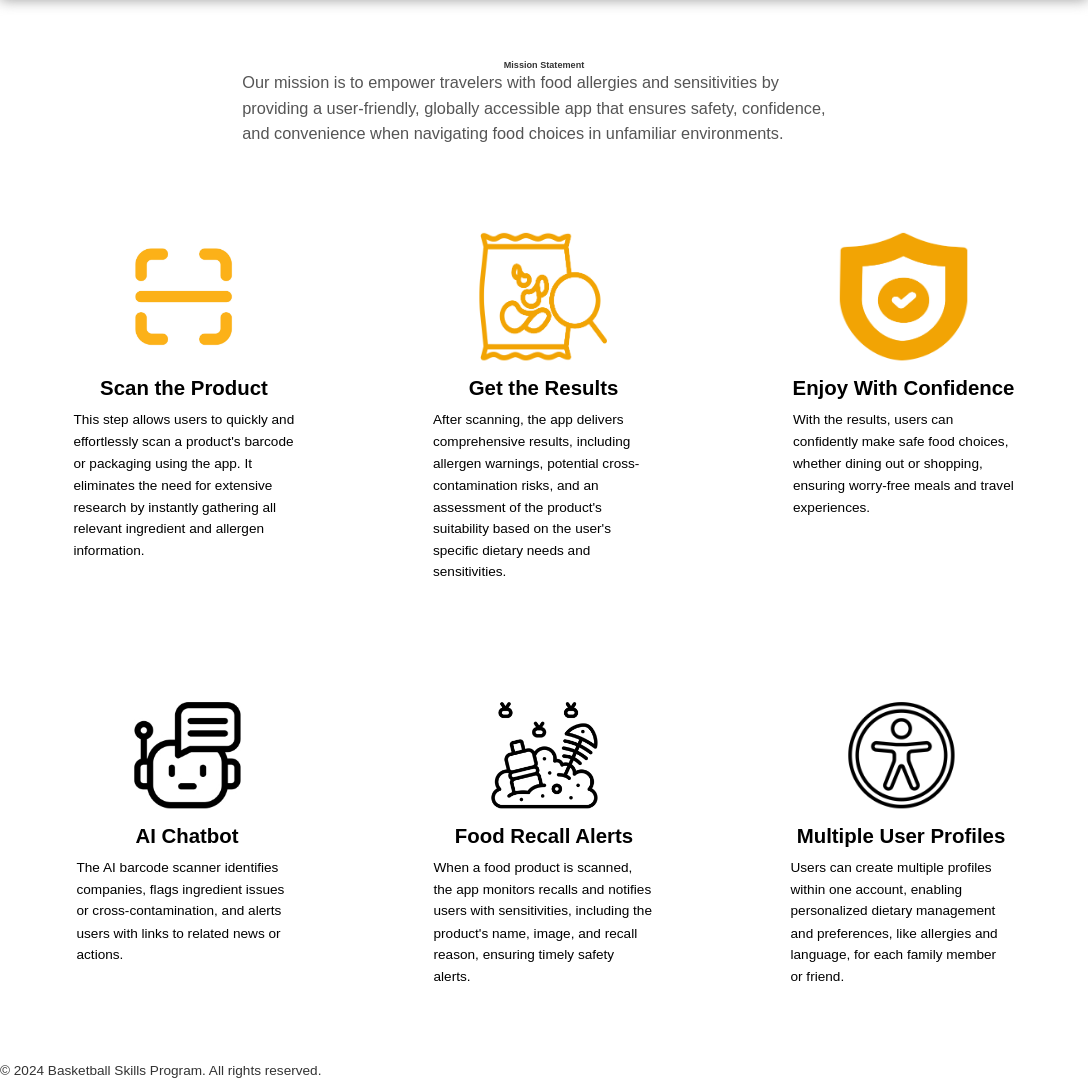
Repository: GavinPahal/landingpage
Page: /
The author's editor kept a copy of each file at every save. The page is drawn from the files as they stood at one save, then again after the next save.
The browser window is 1280 px wide. The pictures show the part of the page from y = 720 to 2005 px (the page is 1989 px tall before and 2005 px after), at 85% of full size.
The project was rebuilt for these pictures with package versions that can differ from the ones it lists, and the page was loaded fresh each time. The framework's server and built-in components were replaced by stand-ins that run in the browser. Also part of the build but not shown: next.config.mjs.

Above is the page before, as saved 2024-11-28 18:00:23.

### pages/_app.js
// pages/_app.js
import "@/styles/globals.css"; // Import the global CSS file

function MyApp({ Component, pageProps }) {
  return <Component {...pageProps} />;
}

export default MyApp;

### pages/index.js
// pages/index.js
import Hero from "../components/Hero";
import Features from "../components/Features";
import Footer from "../components/Footer";
import Product from "../components/Product"

export default function Home() {
  return (
    <div>
      <Hero />
      <Features />
      <Product />
      <Footer />
    </div>
  );
}

### styles/globals.css
/* Global Styles */
* {
  margin: 0;
  padding: 0;
  box-sizing: border-box;
}

body {
  font-family: Arial, sans-serif;
  color: #333;
  overflow-x: hidden; /* Prevent horizontal overflow */
}

/* Hero Section */
.hero {
  display: flex; /* Use flexbox to align elements */
  position: relative;
  height: 100vh;
  width: 100%; /* Ensure the hero section spans the full width */
  background-color: #2d2d2d; /* Dark background to contrast with the image */
}

.imageWrapper {
  position: relative;
  width: 100%; /* Left side takes full width */
  height: 100%;
}

.imageContainer {
  position: absolute;
  top: 0;
  left: 0;
  width: 100%;
  height: 100%;
  filter: blur(8px); /* Add blur effect to the image */
  object-fit: cover;
}

.overlay {
  position: absolute;
  top: 0;
  left: 0;
  width: 100%;
  height: 100%;
  background: rgba(0, 0, 0, 0.6); /* Dark overlay to ensure text stands out */
  color: white;
  display: flex;
  flex-direction: column;
  justify-content: center;
  align-items: flex-start;
  padding: 60px 40px; /* Increased padding for more space */
  text-align: left;
}

.heroTitle {
  display: flex;
  align-items: center; /* Align logo and title horizontally */
  margin-bottom: 40px; /* Space between title and the rest of the content */
  position: relative; /* Allow positioning adjustments */
  top: -80px; /* Move the logo and title even higher */
}

.heroTitle img {
  margin-right: 20px; /* Add space between logo and title */
}

.heroTitle h1 {
  font-size: 2rem; /* Bigger font for app name */
  font-weight: bold;
  color: #ffffff; /* Bright color to stand out */
  text-transform: uppercase;
}

.tagline {
  font-size: 5rem; /* Make "BEST NATURE APP" 5rem */
  font-weight: bold;
  margin-bottom: 0; /* Remove extra space between the lines */
  color: #ffffff; /* Striking color */
  text-shadow: 3px 3px 5px rgba(0, 0, 0, 0.8); /* Enhanced text visibility */
  line-height: 1.1; /* Adjust line-height to decrease space between lines */
  letter-spacing: 1.5px;
  display: block;
  max-width: 100%; /* Ensure text doesn't overflow */
}

.bestNature {
  display: block;
  font-size: 3rem; /* Adjust to smaller font size for the first part */
}

.appEver {
  display: block;
  margin-top: 0;
  font-size: 3rem;
}

.subTagline {
  font-size: 1.2rem;
  margin-top: 20px;
  margin-bottom: 40px;
  line-height: 1.6;
  max-width: 650px;
  color: white;
  letter-spacing: 0.5px;
  text-align: left;
}

.demoText {
  display: block;
  font-size: 1.4rem;
  font-weight: bold;
}

.natureText {
  display: block;
  font-size: 1.2rem;
  margin-top: 10px;
  font-style: italic;
  letter-spacing: 0.3px;
}

/* CTA Button */
.ctaButton {
  background-color: #00C9A2;
  color: #ffffff;
  padding: 15px 40px;
  font-size: 1.4rem;
  border: none;
  border-radius: 50px;
  text-align: center;
  margin-top: 60px;
  cursor: pointer;
  transition: background-color 0.3s, transform 0.3s;
  text-decoration: none;
}

.ctaButton:hover {
  background-color: #035343;
}

.ctaButton:focus {
  outline: none;
}

.rightImageWrapper {
  position: absolute;
  left: 62%;
  bottom: 20px;
  width: 400px;
  height: auto;
  z-index: 2;
  margin-top: 100px;
}

.rightImageContainer {
  position: relative;
  width: 100%;
  height: 100%;
}

.rightImageContainer img {
  width: 100%;
  height: auto;
  border-radius: 8px;
  object-fit: cover;
}

.features {
  padding: 50px 20px;
  text-align: center;
}
.features h2 {
  font-size: 2.5rem;
  font-weight: bold;
  color: #ffffff;
  margin-bottom: 30px;
  text-transform: uppercase;
  letter-spacing: 1px;
}

.infoCards {
  display: flex;
  flex-wrap: wrap;
  justify-content: space-around;
  gap: 30px;
  margin-bottom: 40px;
}

.card {
  text-align: center;
  margin: 0 auto; /* Ensure cards are centered */
}

.card:first-child { /* Target the first feature card */
  max-width: 400px; /* Restrict width for a cleaner layout */
  margin: 20px auto; /* Center the card horizontally and add spacing */
}

.card:first-child p {
  text-align: left; /* Center-align the text for the first card */
  max-width: 280x; /* Ensure text does not overflow the card */
  margin: 0 auto;
}

.card img {
  margin-bottom: 15px;
}

.card h3 {
  font-size: 1.5rem;
  font-weight: 600;
  color: #000000;
  margin-bottom: 10px;
}

.card p {
  font-size: 1rem;
  line-height: 1.6;
  color: #000000;
  max-width: 260px;
  margin: 0 auto;
  text-align: left;
}

.text1 {
  font-size: 1rem;
  line-height: 1.6;
  color: #000000;
  max-width: 250px;
  margin: 0 auto;
  text-align: left;
}

.text2 {
  font-size: 1rem;
  line-height: 1.6;
  color: #000000;
  max-width: 250px;
  margin: 0 auto;
  text-align: left;
}

.missionStatement {
  text-align: center; /* Center the text */
  margin-bottom: 80px; /* Add some spacing below the mission statement */
  padding: 20px;
  border-radius: 8px; /* Rounded corners */
}

.missionStatement h2 {
  font-size: 2rem;
  font-weight: bold;
  color: #333;
  margin-bottom: 10px;
  font-weight: bold;
}

.missionStatement p {
  font-size: 1.2rem;
  line-height: 1.6;
  color: #555;
  max-width: 710px;
  margin: 0 auto;
  text-align: left;
}



@media (max-width: 1024px) {
  .hero {
    flex-direction: column; /* Stack elements vertically on smaller screens */
  }

  .overlay {
    padding: 40px 20px; /* Reduced padding for smaller screens */
    text-align: center; /* Center-align text on smaller screens */
  }

  .heroTitle {
    margin-bottom: 20px; /* Reduce space between the title and the tagline */
    top: 0; /* Reset top positioning for better alignment */
  }

  .tagline {
    font-size: 3rem; /* Decrease font size on smaller screens */
  }

  .bestNature, .appEver {
    font-size: 2.5rem; /* Smaller font size for better readability */
  }

  .subTagline {
    font-size: 1rem; /* Adjust subtagline font size for smaller screens */
    max-width: 100%; /* Allow full-width display */
    padding: 0 20px; /* Add padding to the sides */
  }

  .rightImageWrapper {
    left: 50%; /* Center the image on smaller screens */
    bottom: 10px;
    width: 300px; /* Reduce image size */
    margin-top: 60px;
  }
}

/* CTA Button Adjustments */
@media (max-width: 768px) {
  .ctaButton {
    padding: 12px 30px; /* Reduced padding for better proportion on small screens */
    font-size: 1.2rem; /* Smaller font size */
    width: 90%; /* Allow the button to take up more space on smaller screens */
    margin-top: 40px; /* Reduced top margin */
  }
}

/* Feature Section Adjustments */
@media (max-width: 768px) {
  .features {
    padding: 30px 20px; /* Reduce padding */
  }

  .features h2 {
    font-size: 2rem; /* Smaller font size for headings */
  }

  .infoCards {
    flex-direction: column; /* Stack cards vertically */
    align-items: center;
    gap: 20px; /* Reduced gap between cards */
  }

  .card {
    max-width: 90%; /* Ensure cards take full width on smaller screens */
    margin: 10px auto; /* Center the cards */
  }

  .card h3 {
    font-size: 1.2rem; /* Decrease font size */
  }

  .card p {
    font-size: 0.9rem; /* Smaller text for better readability */
  }
}

/* Final Adjustments */
@media (max-width: 480px) {
  .hero {
    height: auto; /* Allow the hero section to adjust to content */
  }

  .overlay {
    padding: 20px; /* Even smaller padding */
    text-align: center;
  }

  .tagline {
    font-size: 2.5rem; /* Further decrease tagline size */
  }

  .ctaButton {
    padding: 10px 20px; /* Smaller padding for mobile screens */
    font-size: 1rem; /* Reduce font size */
  }

  .features h2 {
    font-size: 1.6rem; /* Adjust feature section heading */
  }

  .card {
    max-width: 100%; /* Ensure the cards take full width */
  }

  .text1, .text2 {
    font-size: 0.9rem; /* Adjust text sizes for smaller screens */
  }
}

### components/Hero.js
import Image from "next/image";

export default function Hero() {
  return (
    <section className="hero">
      <div className="imageWrapper">
        <div className="imageContainer">
          <Image
            src="/images/grocey.jpg"
            alt="Nature Image"
            layout="fill"
            objectFit="cover"
          />
        </div>
        <div className="overlay">
          <div className="heroTitle">
            <Image
              src="/images/logo.webp"
              alt="Goldibite Logo"
              width={50}
              height={50}
            />
            <h1>Goldibite</h1>
          </div>
          <p className="tagline">
            <span className="bestNature">YOUR BUDDY FOR</span>
            <span className="appEver">FOOD SAFETY</span>
          </p>
          <p className="subTagline">
            <span className="demoText">Get a demo and try our new app.</span>
            <span className="natureText">
            The Right Bite, Every Time
            </span>
          </p>
          <a href="#demo" className="ctaButton">
            TRY DEMO
          </a>
        </div>
      </div>


      <div className="rightImageWrapper">
        <div className="rightImageContainer">
          <Image
            src="/images/phone.png"
            alt="New Image"
            layout="intrinsic"
            width={500}
            height={500}
          />
        </div>
      </div>
    </section>
  );
}

### components/Features.js
import Image from "next/image";

export default function Features() {
  return (
    <section className="features">
      {/* Mission Statement Section */}
      <div className="missionStatement">
        <h6>Mission Statement</h6>
        <p>
          Our mission is to empower travelers with food allergies and sensitivities by providing a user-friendly, globally accessible app that ensures safety, confidence, and convenience when navigating food choices in unfamiliar environments.
        </p>
      </div>

      {/* Features Cards Section */}
      <div className="infoCards">
        <div className="card" style={{ margin: "0 10px" }}>
          <Image
            src="/images/iconamoon_scanner (1).jpg"
            alt="Feature 1"
            width={150}
            height={150}
          />
          <h3>Scan the Product</h3>
          <p>
            This step allows users to quickly and effortlessly scan a product's barcode or packaging using the app.
            It eliminates the need for extensive research by instantly gathering all relevant ingredient and allergen information.
          </p>
        </div>
        <div className="card" style={{ margin: "0 10px" }}>
          <Image
            src="/images/magnifying.jpg"
            alt="Feature 2"
            width={150}
            height={150}
          />
          <h3>Get the Results</h3>
          <p>
            After scanning, the app delivers comprehensive results, including allergen warnings, potential cross-contamination risks,
            and an assessment of the product's suitability based on the user's specific dietary needs and sensitivities.
          </p>
        </div>
        <div className="card" style={{ margin: "0 10px" }}>
          <Image
            src="/images/Confident.jpg"
            alt="Feature 3"
            width={150}
            height={150}
          />
          <h3>Enjoy With Confidence</h3>
          <p>
            With the results, users can confidently make safe food choices, whether dining out or shopping,
            ensuring worry-free meals and travel experiences.
          </p>
        </div>
      </div>
    </section>
  );
}

### components/Footer.js
export default function Footer() {
    return (
      <footer className="footer">
        <p>&copy; 2024 Basketball Skills Program. All rights reserved.</p>
      </footer>
    );
  }

### components/Product.js
import Image from "next/image";

export default function Features() {
  return (
    <section className="features">
      <div className="infoCards" style={{ gap: "20px" }}>
        <div className="card" style={{ margin: "0 10px" }}>
          <Image
            src="/images/chatbot.jpg"
            alt="Feature 1"
            width={125}
            height={125}
          />
          <h3>AI Chatbot</h3>
          <p>
            The AI barcode scanner identifies companies, flags ingredient
            issues or cross-contamination, and alerts users with links to
            related news or actions.
          </p>
        </div>
        <div className="card" style={{ margin: "0 10px" }}>
          <Image
            src="/images/trash.jpg"
            alt="Feature 2"
            width={125}
            height={125}
          />
          <h3>Food Recall Alerts</h3>
          <p>
            When a food product is scanned, the app monitors recalls and
            notifies users with sensitivities, including the product's name,
            image, and recall reason, ensuring timely safety alerts.
          </p>
        </div>
        <div className="card" style={{ margin: "0 10px" }}>
          <Image
            src="/images/accessibility.png"
            alt="Feature 3"
            width={125}
            height={125}
          />
          <h3>Multiple User Profiles</h3>
          <p>
            Users can create multiple profiles within one account, enabling
            personalized dietary management and preferences,
            like allergies and  language, for each family member or friend.
          </p>
        </div>
      </div>
    </section>
  );
}

Loaded but not shown: pages/_document.js (common file)

After the next save:
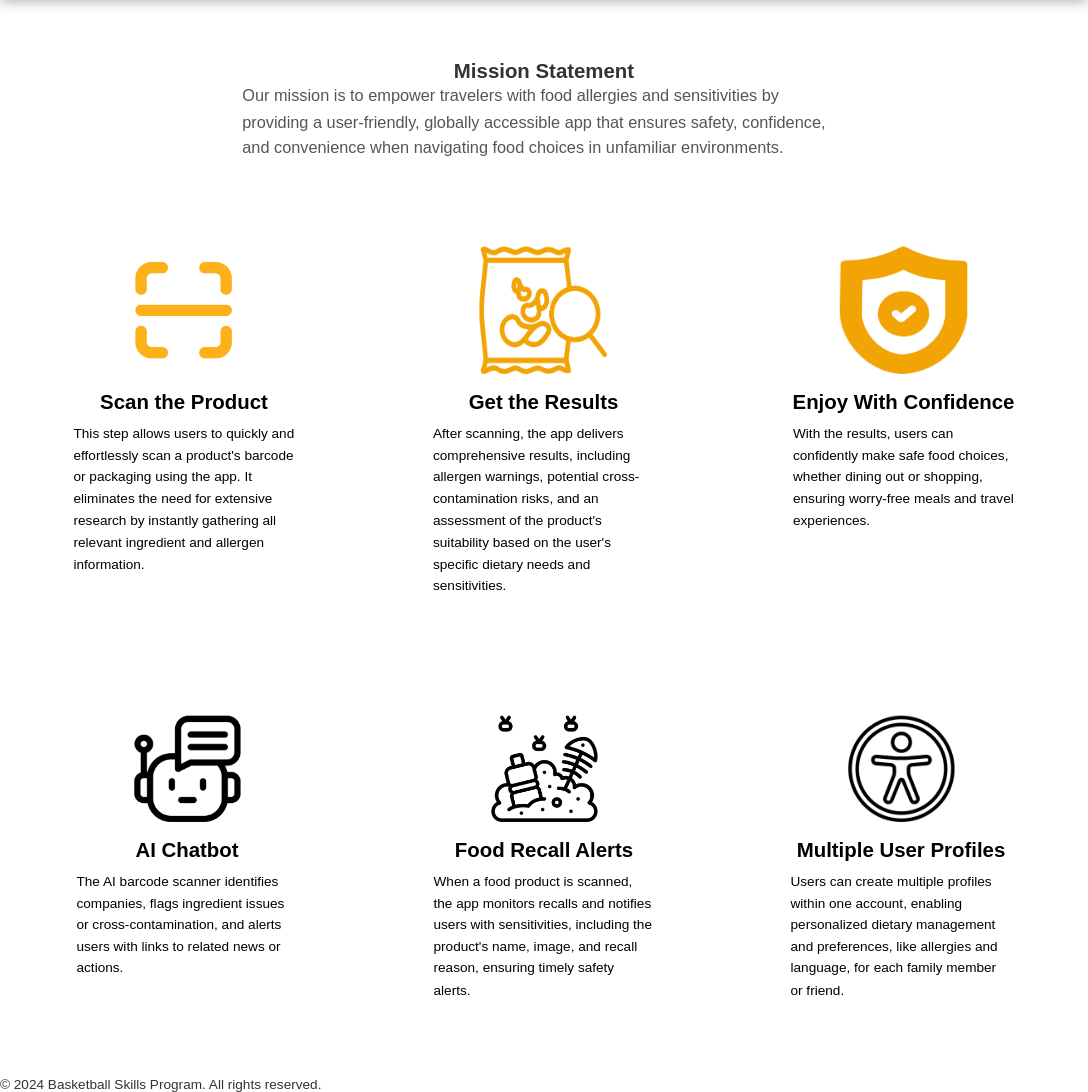
Saved 4 s later.
--- a/components/Features.js
+++ b/components/Features.js
@@ -5,7 +5,7 @@ export default function Features() {
     <section className="features">
       {/* Mission Statement Section */}
       <div className="missionStatement">
-        <h6>Mission Statement</h6>
+        <h1>Mission Statement</h1>
         <p>
           Our mission is to empower travelers with food allergies and sensitivities by providing a user-friendly, globally accessible app that ensures safety, confidence, and convenience when navigating food choices in unfamiliar environments.
         </p>
